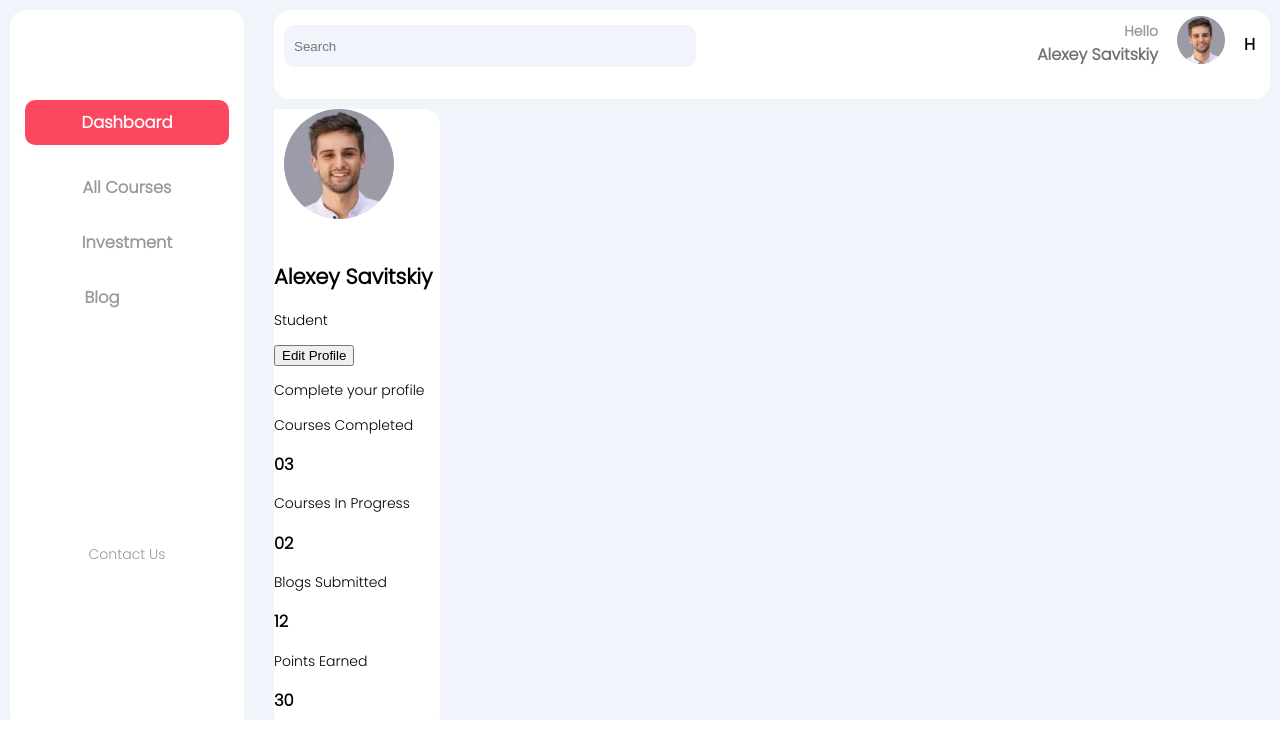
Repository: Anuruddha00/dashboard-design
Page: /
The author's editor kept a copy of each file at every save. The page is drawn from the files as they stood at one save, then again after the next save.
The browser window is 1280 px wide. The pictures show the whole page.
The project was rebuilt for these pictures with package versions that can differ from the ones it lists, and the page was loaded fresh each time.

Above is the page before, as saved 2021-05-07 13:31:56.

### public/index.html
<!DOCTYPE html>
<html lang="en">
  <head>
    <meta charset="utf-8" />
    <link rel="icon" href="%PUBLIC_URL%/favicon.ico" />
    <meta name="viewport" content="width=device-width, initial-scale=1" />
    <meta name="theme-color" content="#000000" />
    <meta
      name="description"
      content="Web site created using create-react-app"
    />
    <link rel="apple-touch-icon" href="%PUBLIC_URL%/logo192.png" />

    <link rel="preconnect" href="https://fonts.gstatic.com">
    <link href="https://fonts.googleapis.com/css2?family=Poppins:wght@300&display=swap" rel="stylesheet">

    <!--
      manifest.json provides metadata used when your web app is installed on a
      user's mobile device or desktop. See https://developers.google.com/web/fundamentals/web-app-manifest/
    -->
    <link rel="manifest" href="%PUBLIC_URL%/manifest.json" />
    <!--
      Notice the use of %PUBLIC_URL% in the tags above.
      It will be replaced with the URL of the `public` folder during the build.
      Only files inside the `public` folder can be referenced from the HTML.

      Unlike "/favicon.ico" or "favicon.ico", "%PUBLIC_URL%/favicon.ico" will
      work correctly both with client-side routing and a non-root public URL.
      Learn how to configure a non-root public URL by running `npm run build`.
    -->
    <title>React App</title>
  </head>
  <body>
    <noscript>You need to enable JavaScript to run this app.</noscript>
    <div id="root"></div>
    <!--
      This HTML file is a template.
      If you open it directly in the browser, you will see an empty page.

      You can add webfonts, meta tags, or analytics to this file.
      The build step will place the bundled scripts into the <body> tag.

      To begin the development, run `npm start` or `yarn start`.
      To create a production bundle, use `npm run build` or `yarn build`.
    -->
  </body>
</html>

### src/index.js
import React from 'react';
import ReactDOM from 'react-dom';
import Dashboard from './containers/Dashboard/Dashboard';
import reportWebVitals from './reportWebVitals';

ReactDOM.render(
  <React.StrictMode>
    <Dashboard />
  </React.StrictMode>,
  document.getElementById('root')
);

// If you want to start measuring performance in your app, pass a function
// to log results (for example: reportWebVitals(console.log))
// or send to an analytics endpoint. Learn more: https://bit.ly/CRA-vitals
reportWebVitals();

### src/containers/Dashboard/Dashboard.js
import React from 'react';
import './Dashboard.scss';

const dashboard = () =>{

    return(
        <div className='container'>
            <div className='dashboard'>
                <div className='dashboardSideBar'>
                   <div className='dashboardSideBarTitle'>
                        <h3 className='dashboardSideBarTitleDashboard'>Dashboard</h3>
                        <h3 className='dashboardSideBarTitleCourses'>All Courses</h3>
                        <h3 className='dashboardSideBarTitleInvestment'>Investment</h3>
                        <h3 className='dashboardSideBarTitleBlog'>Blog</h3>
                   </div>
                   <div className='dashboardSideBarContact'>
                        <p>Contact Us</p>
                   </div>
                </div>
                <div className='dashboardMenu'>
                    <section className='content'>
                        <nav className='contentNavbar'>
                            <div className='contentNavbarSearch'>
                                <form>
                                    <input type='text' placeholder='Search'/>
                                </form>
                            </div>
                            <div className='contentNavbarProfile'>
                                <div className='contentNavbarProfileName'>
                                    <h3>Hello</h3>
                                    <h2>Alexey Savitskiy</h2>
                                </div>
                                <img src='./assets/Image 9.png'/>
                                <h1>H</h1>
                            </div>
                        </nav>
                        <div className='contentBody'>
                            <section className='details'>
                                <div className='detailsAbout'>
                                    <div className='detailsAboutProfile'>
                                        <img src='./assets/Image 12.png'/>
                                        <h2>Alexey Savitskiy</h2>
                                        <p>Student</p>
                                        <button>Edit Profile</button>
                                    </div>
                                    <div>
                                        <p>Complete your profile</p>
                                    </div>
                                    <div>
                                        <div>
                                            <p>Courses Completed</p>
                                            <h1>03</h1>
                                        </div>
                                        <div>
                                            <p>Courses In Progress</p>
                                            <h1>02</h1>
                                        </div>
                                        <div>
                                            <p>Blogs Submitted</p>
                                            <h1>12</h1>
                                        </div>
                                        <div>
                                            <p>Points Earned</p>
                                            <h1>30</h1>
                                        </div>
                                    </div>
                                </div>
                            </section>
                        </div>
                   </section>
                </div>
            </div>
        </div>
    )

}
export default dashboard;

### src/containers/Dashboard/Dashboard.scss

body{
    margin: 0;
    padding: 0;
    font-size: 0.875rem;
    font-family: 'Poppins', sans-serif;

}

.container{
    background: #f1f5fb;
    height: 100vh;

    .dashboard{
        display: grid;
        grid-template-columns: 1fr 4fr;
        gap:10px;
        grid-auto-rows: minmax(100px, auto);

        &SideBar{
            grid-column: 1;
            grid-row: 1 / 6;
            border-radius: 16px;
            background: #ffffff;
            margin: 10px;

            &Title{
                margin-top: 90px;
                font-size: 14px;

                &Dashboard{
                    background:#fc4760;
                    border-radius: 10px;
                    text-align: center;
                    padding: 10px 10px 10px 10px;
                    margin: 10px 15px 10px 15px;
                    color: #ffffff;

                }
                &Courses{
                    text-align: center;
                    margin-top: 30px;
                    color: #9a9999;
                }
                &Investment{
                    text-align: center;
                    margin-top: 30px;
                    color: #9a9999;
                }
                &Blog{
                    text-align: center;
                    margin-top: 30px;
                    margin-right: 50px;
                    color: #9a9999;
                }
            }
            &Contact{
                margin-top: 100%;

                p{
                    text-align: center;
                    color: #9a9999;
                    margin-bottom: 40px;
                }

            }
        }
        &Menu{
            // border: 1px solid red;
            grid-column: 2;
            grid-row: 1 / 6;
            margin: 10px;

            .content{
                display: grid;
                grid-template-rows:1fr 7fr ;
                gap:10px;

                &Navbar{
                    display: grid;
                    grid-template-columns: 1fr 1fr;
                    background: #ffffff;
                    border-radius: 16px;

                    &Search{

                        input{
                            background: #f1f5fb;
                            border-style: none;
                            padding-left: 10px;
                            width: 400px;
                            height: 40px;
                            margin: 15px 0 0 10px;
                            border-radius: 10px;

                        }
                    }
                    &Profile{
                        display: flex;
                        flex-direction: row;
                        justify-content: flex-end;
                        gap: 1em;
                        margin-right: 15px;
                        align-items: center;
                        height: 68px;

                        &Name{
                            text-align: end;
                            margin-top: 0;

                            h3{
                                color: #9a9999;
                                margin: 0;
                                font-size: 14px;
                            }
                            h2{
                                margin: 0;
                                font-size: 16px;
                                color: #707070;
                            }
                        }
                    }
                }
                &Body{
                    display: grid;
                    grid-template-columns: 1fr 3fr 2fr;

                    .details{
                        border-radius: 16px;
                        background: #ffffff;

                    }
                }
            }
        }
    }
}

Loaded but not shown: src/reportWebVitals.js (common file)

After the next save:
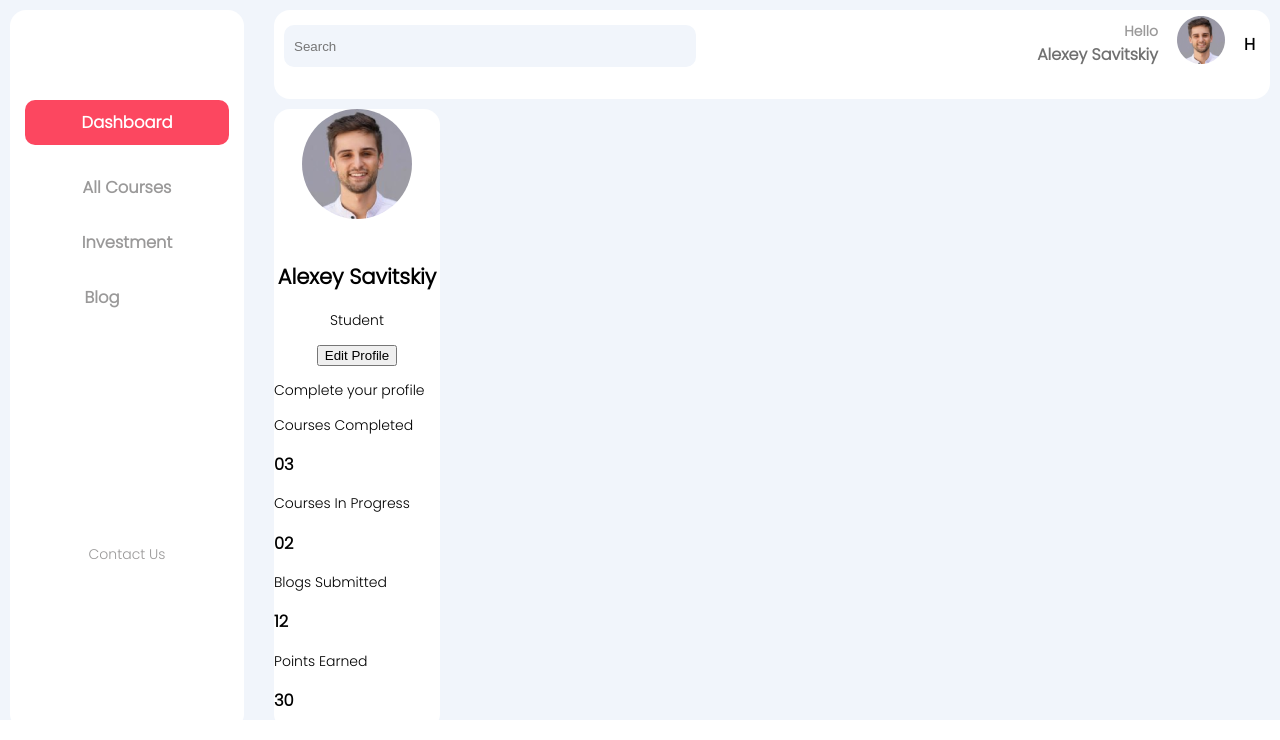
Saved 1 s later.
--- a/src/containers/Dashboard/Dashboard.scss
+++ b/src/containers/Dashboard/Dashboard.scss
@@ -129,6 +129,12 @@ body{
                         border-radius: 16px;
                         background: #ffffff;
 
+                        &About{
+
+                            &Profile{
+                                text-align: center;
+                            }
+                        }
                     }
                 }
             }
